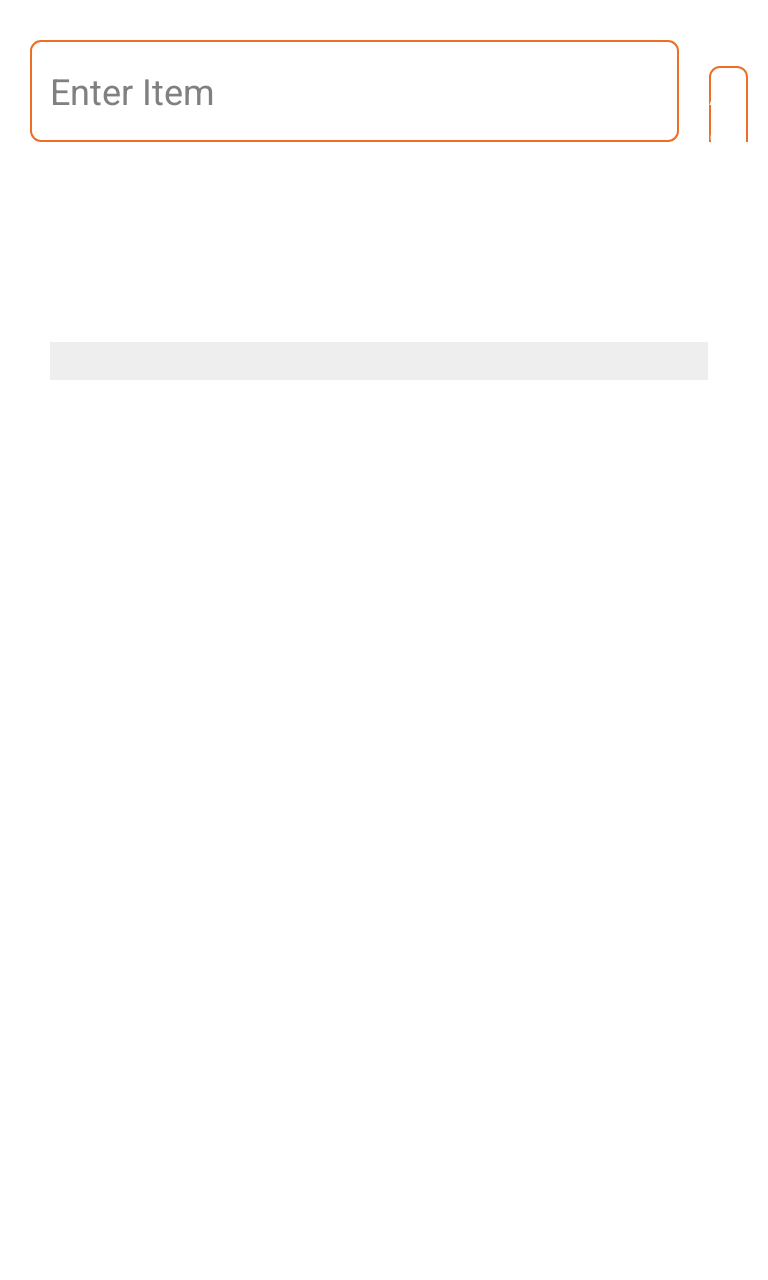
Repository: ianDervan/FYP_ShopSmart
Layout: FYP/ShopSmart/res/layout/activity_shopping_list.xml
An editor plug-in stored every save of this project. The layout is shown before and after the next save, followed by the edit.
It is drawn on a 768 x 1280 px phone screen (xhdpi) without system bars, with theme AppTheme; the app's code is not run.

Above is the layout before, as saved 2015-01-16 20:54:48.

After the next save:
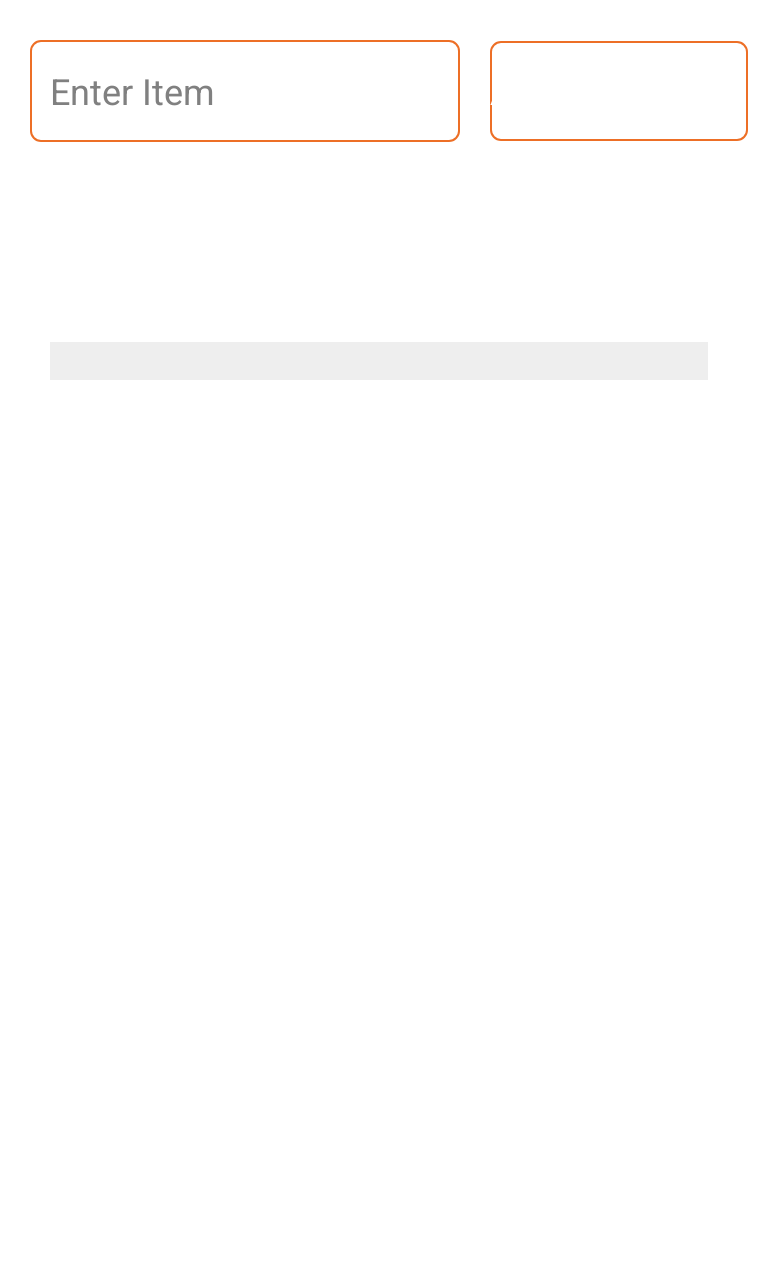
Saved 20 s later.
--- a/FYP/ShopSmart/res/layout/activity_shopping_list.xml
+++ b/FYP/ShopSmart/res/layout/activity_shopping_list.xml
@@ -16,7 +16,7 @@
             android:layout_height="51dp"
             android:layout_marginLeft="5dp"
             android:layout_marginTop="10dp"
-            android:layout_weight="1"
+            android:layout_weight=".5"
             android:background="@drawable/customeditext"
             android:dropDownWidth="340dp"
             android:hint="Enter Item"
@@ -26,7 +26,7 @@
             android:id="@+id/quantity"
             android:layout_width="0dp"
             android:layout_height="50dp"
-            android:layout_weight="0.06"
+            android:layout_weight="0.3"
             android:layout_marginLeft="15dp"
             android:layout_marginTop="10dp"
             android:background="@drawable/customeditext"
